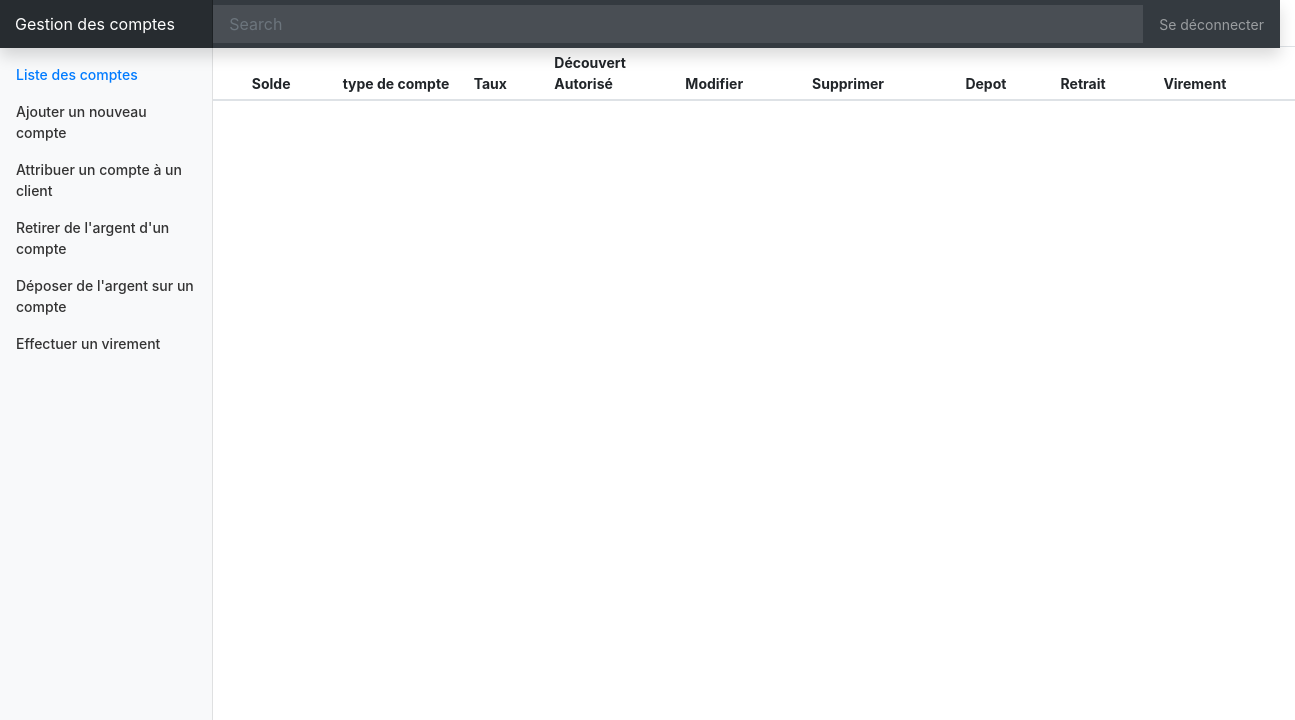
Repository: liiiseee/Projet
Page: http://localhost/02_projet_gestion_clients_compte/menu-comptes.jsp
The author's editor kept a copy of each file at every save. The page is drawn from the files as they stood at one save, then again after the next save.
The browser window is 1280 px wide. The page is 1295 px wide, so the pictures cover 1295 px, including what lies to the right of the window. The pictures show the whole page.
The page is served by Tomcat 9. Other server files are loaded and not shown. The template is opened directly, without the code that normally fills it, so the values that code supplies are empty.

Above is the page before, as saved 2020-03-30 14:41:55.

### 02_projet_gestion_clients_compte/WebContent/menu-comptes.jsp
<%@ page language="java" contentType="text/html; charset=ISO-8859-1"
    pageEncoding="ISO-8859-1"%>

<%@ taglib uri="http://java.sun.com/jsp/jstl/core" prefix="c"%>
<!DOCTYPE html>
<html>
<head>
<meta charset="ISO-8859-1">
<title>liste comptes</title>
<link href="assets/styles/bootstrap.min.css" rel="stylesheet" >

 <style>
      .bd-placeholder-img {
        font-size: 1.125rem;
        text-anchor: middle;
        -webkit-user-select: none;
        -moz-user-select: none;
        -ms-user-select: none;
        user-select: none;
      }

      @media (min-width: 768px) {
        .bd-placeholder-img-lg {
          font-size: 3.5rem;
        }
      }
    </style>
    <!-- Custom styles for this template -->
    <link href="assets/styles/dashboard.css" rel="stylesheet">
</head>
<body>

    <nav class="navbar navbar-dark fixed-top bg-dark flex-md-nowrap p-0 shadow">
  <a class="navbar-brand col-sm-3 col-md-2 mr-0" href="#">Gestion des comptes</a>
  <input class="form-control form-control-dark w-100" type="text" placeholder="Search" aria-label="Search">
  <ul class="navbar-nav px-3">
    <li class="nav-item text-nowrap">
      <a class="nav-link" href="authentification-servlet?destroy=true">Se déconnecter</a>
    </li>
  </ul>
</nav>

<div class="container-fluid">
  <div class="row">
    <nav class="col-md-2 d-none d-md-block bg-light sidebar">
      <div class="sidebar-sticky">
        <ul class="nav flex-column">
          <li class="nav-item">
            <a class="nav-link active" href="#">
              <span data-feather="home"></span>
              Liste des comptes <span class="sr-only">(current)</span>
            </a>
          </li>
          <li class="nav-item">
            <a class="nav-link" href="ajout-compte.jsp">
              <span data-feather="file"></span>
              Ajouter un nouveau compte
            </a>
          </li>
          <li class="nav-item">
            <a class="nav-link" href="attribuer-compte.jsp">
              <span data-feather="file"></span>
              Attribuer un compte à un client
            </a>
          </li>
         <li class="nav-item">
          <input type="hidden" name="action" value="liste"/>
            <a class="nav-link" href="menu-retrait.jsp">
              <span data-feather="shopping-cart"></span>
              Retirer de l'argent d'un compte
            </a>
          </li>

          <li class="nav-item">
          <input type="hidden" name="action" value="dep"/>
            <a class="nav-link" href="menu-depot.jsp">
              <span data-feather="users"></span>
             Déposer de l'argent sur un compte
            </a>
          </li>
          <li class="nav-item">
            <a class="nav-link" href="#">
              <span data-feather="bar-chart-2"></span>
              Effectuer un virement
            </a>
          </li>
          </ul>



      </div>
    </nav>
    </div>
    </div>





   <h2>Liste des comptes</h2>
   <div class="row">
     <div class="table-responsive" id="table">
       <table class="table table-striped table-sm">




          <thead style="width:70%;">
            <tr>
              	<th style="width:10%;">ID</th>
              	<th style="width:10%;">Id du client</th>
	 			<th style="width:10px;">Solde</th>
	 			<th style="width:10%;">type de compte</th>
	 			<th style="width:10px;">Taux</th>
	 			<th style="width:10%;">Découvert Autorisé</th>
	 			<th style="width:10px;">Modifier</th>
	 			<th style="width:10px;">Supprimer</th>
	 			<th style="width:10px;">Depot</th>
	 			<th style="width:10px;">Retrait</th>
	 			<th style="width:10px;">Virement</th>

            </tr>
          </thead>
          <tbody>
            <c:forEach items="${liste_comptes}" var="compte">
	 			<tr>

	 				<td>${compte.idCompte }</td>
	 				<td> ${compte.clientID } </td>
	 				<td> ${compte.solde } </td>
	 				<td> ${compte.typeCompte } </td>
	 				<td> ${compte.taux } </td>
	 				<td> ${compte.decouvert } </td>
	 				<td>
	 					<a href="gestion-compte-servlet?action=modif&id-compte=${compte.idCompte}">modifier</a>
	 				</td>


	 				<td>
	 					<a href="gestion-compte-servlet?action=supp&id-compte=${compte.idCompte}">supprimer</a>
	 				</td>

	 				<td>
	 					<a href="gestion-compte-servlet?action=depot&id-compte=${compte.idCompte}">depot</a>
	 				</td>

	 				<td>
	 					<a href="gestion-compte-servlet?action=retrait&id-compte=${compte.idCompte}">retrait</a>
	 				</td>
	 				<td>
	 					<a href="gestion-compte-servlet?action=virement&id-compte=${compte.idCompte}">virement</a>
	 				</td>




	 				</tr>

            </c:forEach>


          </tbody>

        </table>

            </div>
        </div>



</body>
</html>

### 02_projet_gestion_clients_compte/WebContent/assets/styles/dashboard.css
@charset "ISO-8859-1";

body {
  font-size: .875rem;
}

.feather {
  width: 16px;
  height: 16px;
  vertical-align: text-bottom;
}

/*
 * Sidebar
 */

.sidebar {
  position: fixed;
  top: 0;
  bottom: 0;
  left: 0;
  z-index: 100; /* Behind the navbar */
  padding: 48px 0 0; /* Height of navbar */
  box-shadow: inset -1px 0 0 rgba(0, 0, 0, .1);
}

.sidebar-sticky {
  position: relative;
  top: 0;
  height: calc(100vh - 48px);
  padding-top: .5rem;
  overflow-x: hidden;
  overflow-y: auto; /* Scrollable contents if viewport is shorter than content. */
}

@supports ((position: -webkit-sticky) or (position: sticky)) {
  .sidebar-sticky {
    position: -webkit-sticky;
    position: sticky;
  }
}

.sidebar .nav-link {
  font-weight: 500;
  color: #333;
}

.sidebar .nav-link .feather {
  margin-right: 4px;
  color: #999;
}

.sidebar .nav-link.active {
  color: #007bff;
}

.sidebar .nav-link:hover .feather,
.sidebar .nav-link.active .feather {
  color: inherit;
}

.sidebar-heading {
  font-size: .75rem;
  text-transform: uppercase;
}

/*
 * Content
 */

[role="main"] {
  padding-top: 133px; /* Space for fixed navbar */
}

@media (min-width: 768px) {
  [role="main"] {
    padding-top: 48px; /* Space for fixed navbar */
  }
}

/*
 * Navbar
 */

.navbar-brand {
  padding-top: .75rem;
  padding-bottom: .75rem;
  font-size: 1rem;
  background-color: rgba(0, 0, 0, .25);
  box-shadow: inset -1px 0 0 rgba(0, 0, 0, .25);
}

.navbar .form-control {
  padding: .75rem 1rem;
  border-width: 0;
  border-radius: 0;
}

.form-control-dark {
  color: #fff;
  background-color: rgba(255, 255, 255, .1);
  border-color: rgba(255, 255, 255, .1);
}

.form-control-dark:focus {
  border-color: transparent;
  box-shadow: 0 0 0 3px rgba(255, 255, 255, .25);
}

Loaded but not shown: 02_projet_gestion_clients_compte/WebContent/assets/styles/bootstrap.min.css (library)

After the next save:
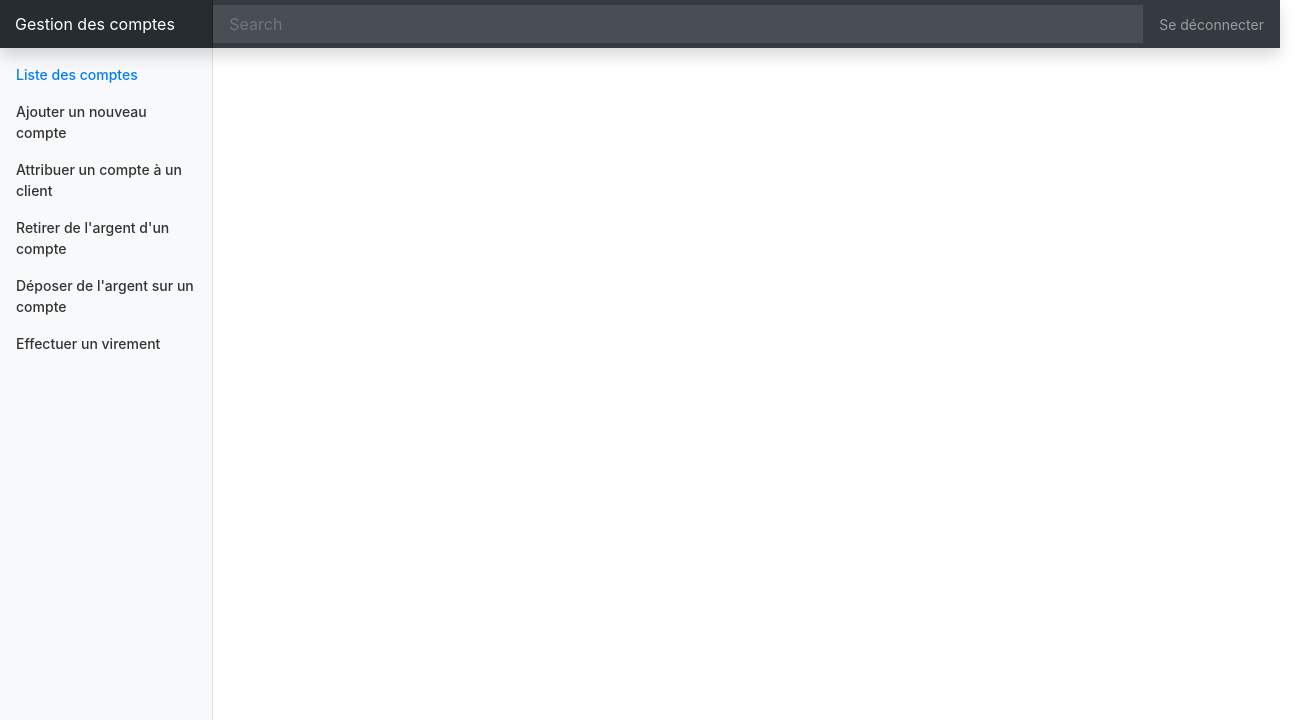
Saved 3 min 50 s later.
--- a/02_projet_gestion_clients_compte/WebContent/menu-comptes.jsp
+++ b/02_projet_gestion_clients_compte/WebContent/menu-comptes.jsp
@@ -99,7 +99,7 @@
 
    <h2>Liste des comptes</h2>
    <div class="row">
-     <div class="table-responsive" id="table">
+     <div class="table-responsive" style="width: 100px">
        <table class="table table-striped table-sm">
 
 
